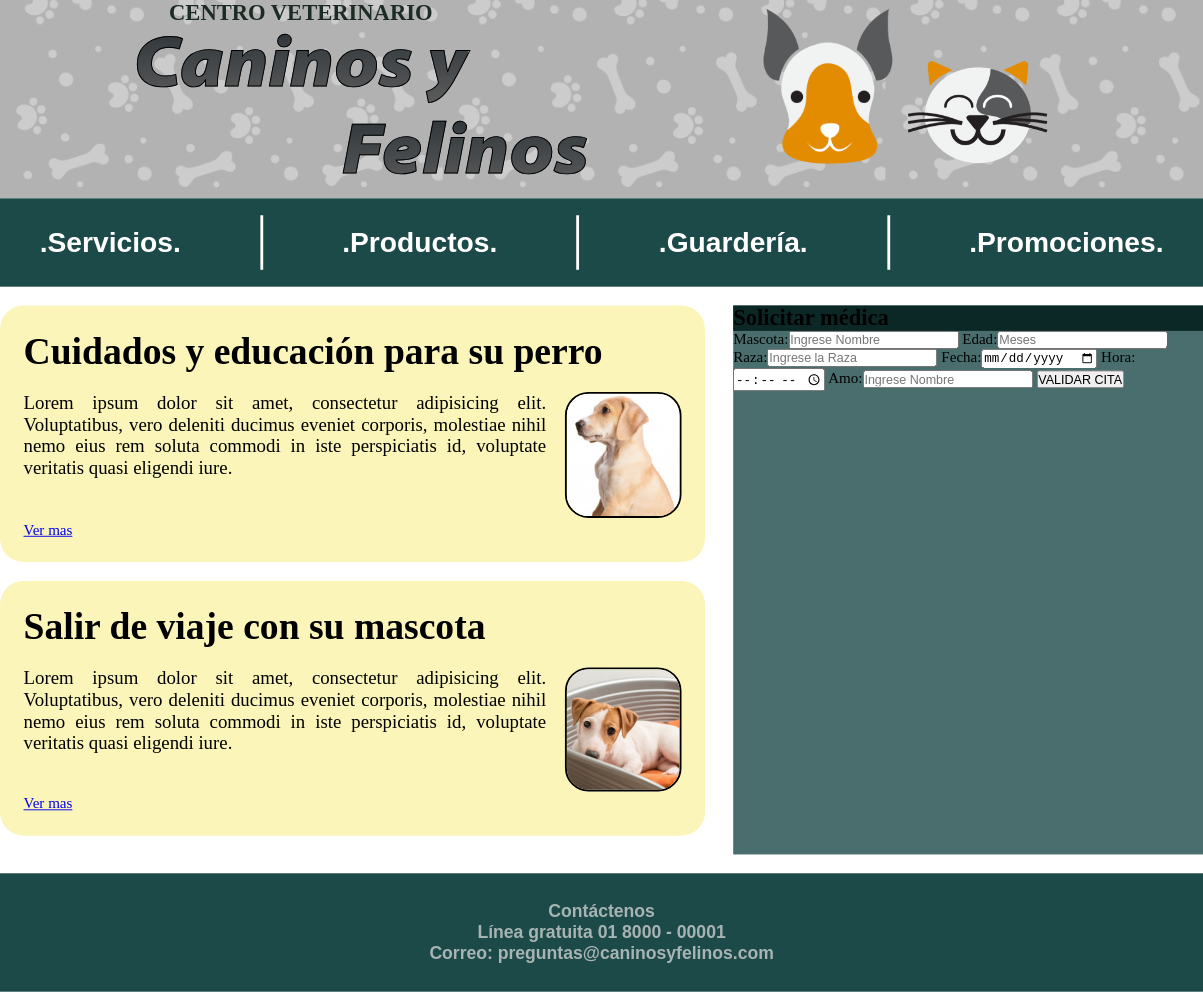
Repository: mariomr87/senaweb01
Page: principal.html
The author's editor kept a copy of each file at every save. The page is drawn from the files as they stood at one save, then again after the next save.
The browser window is 1280 px wide. The pictures show the whole page, at 94% of full size.

Above is the page before, as saved 2021-10-23 11:11:37.

After the next save:
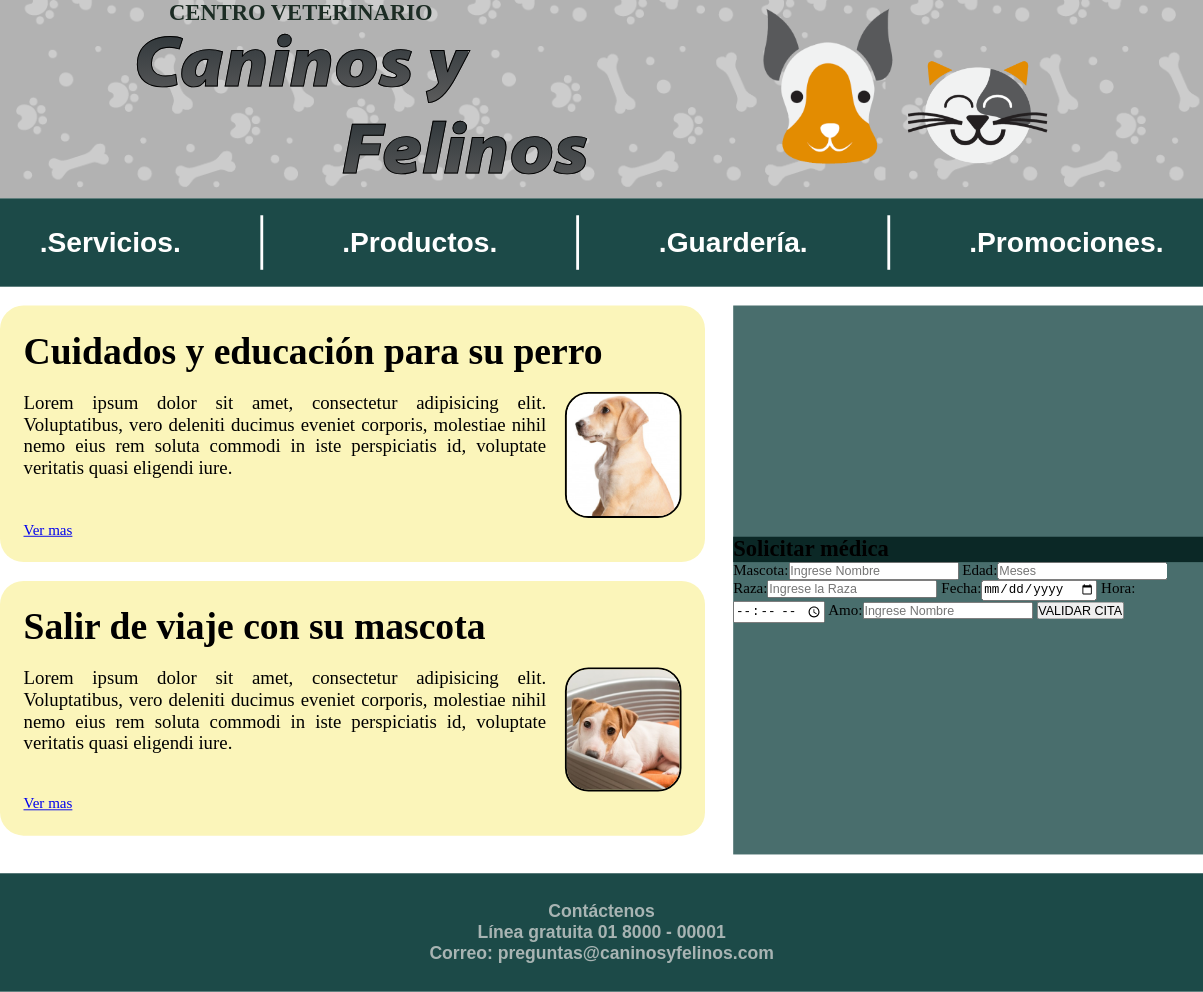
Saved 7 s later.
--- a/estilos.css
+++ b/estilos.css
@@ -113,6 +113,7 @@
 
 aside{
     display: flex;
+    justify-content: center;
     flex-direction: column;
     background: #496e6d;
     width: 40%;

After the save that followed:
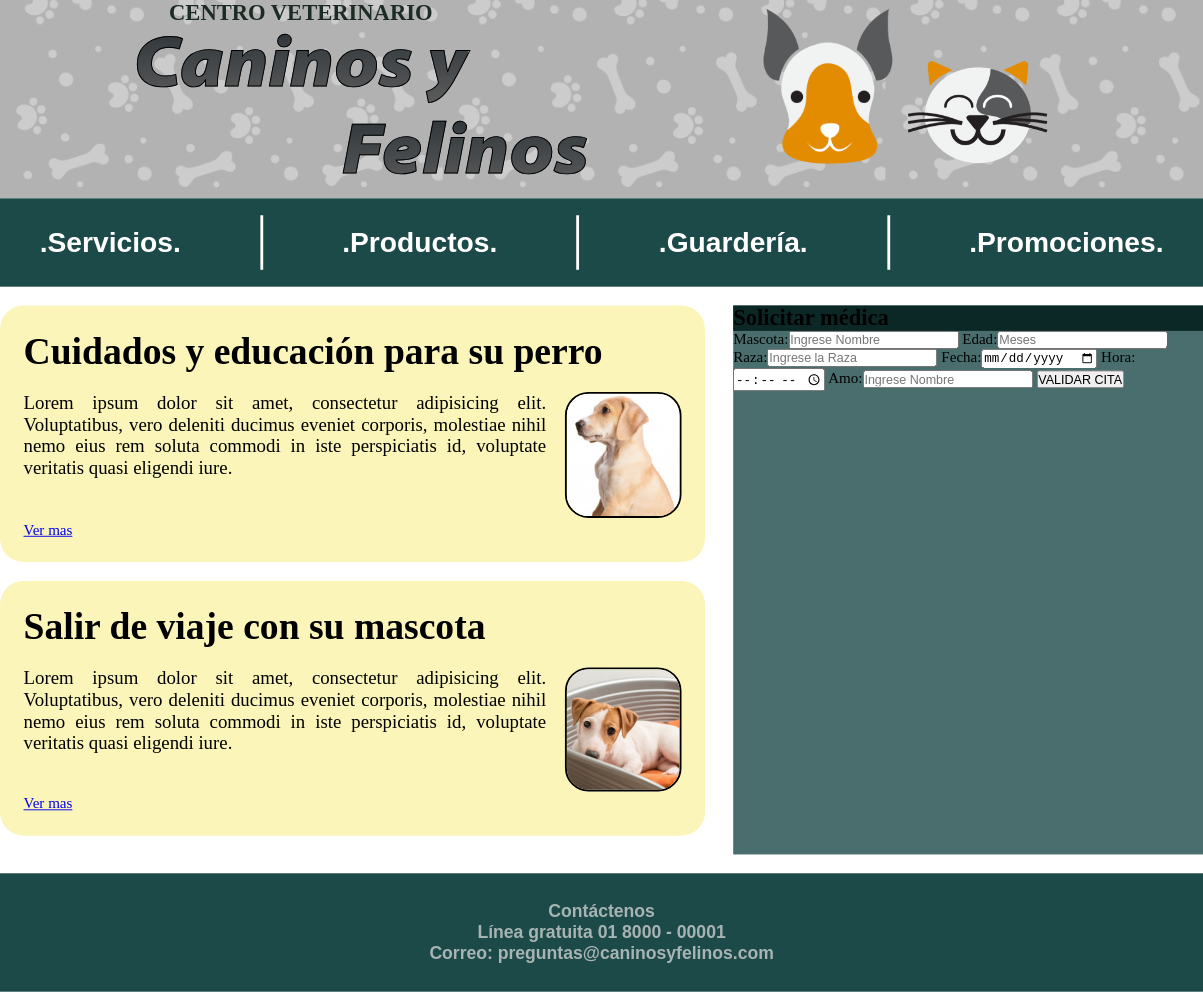
Saved 8 s later.
--- a/estilos.css
+++ b/estilos.css
@@ -112,8 +112,6 @@
 }
 
 aside{
-    display: flex;
-    justify-content: center;
     flex-direction: column;
     background: #496e6d;
     width: 40%;
